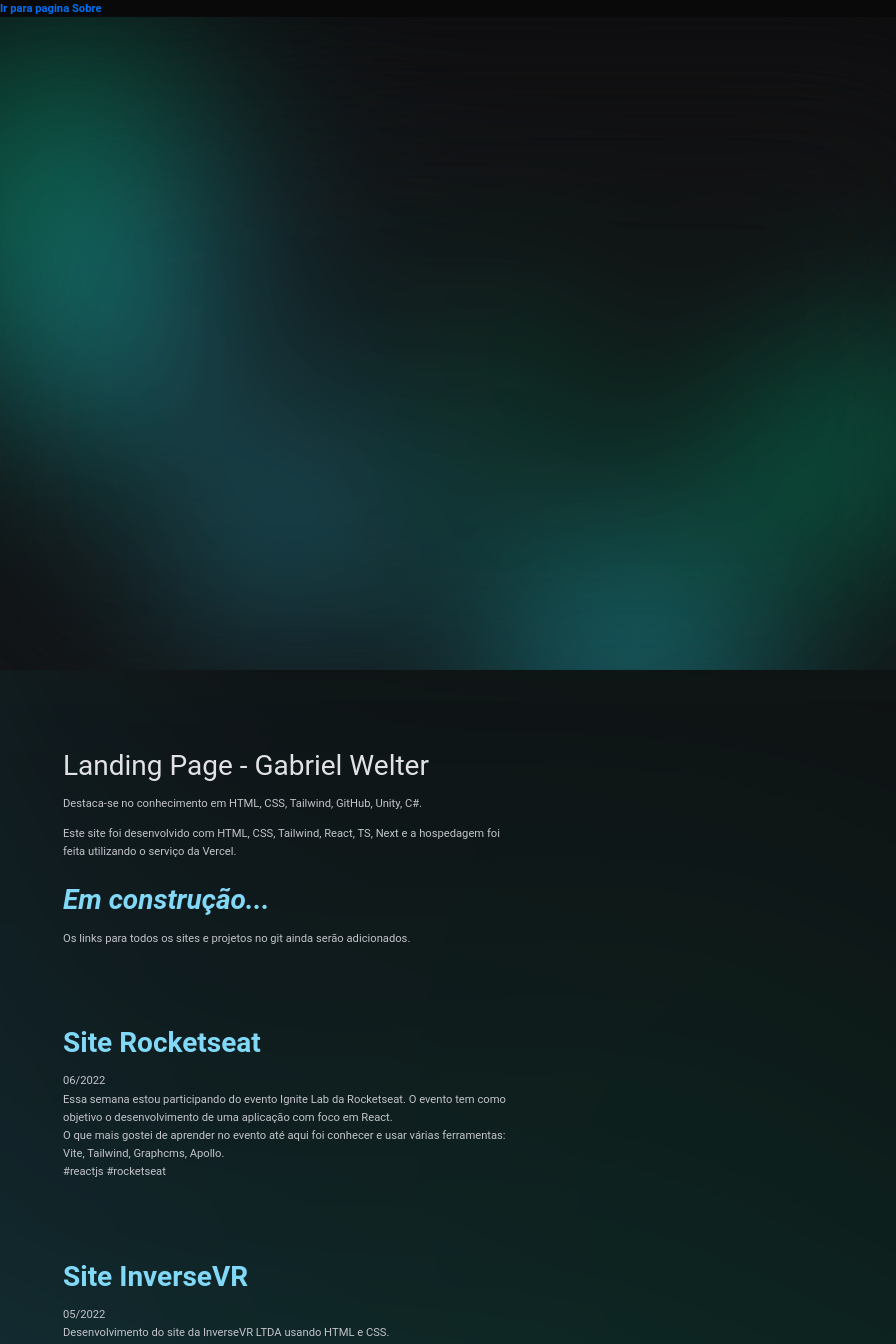
Repository: weltergab/test-next
Page: /
An editor plug-in stored every save of this project. The page is shown before and after the next save, followed by the edit.
The browser window is 1280 px wide. The pictures show the part of the page from y = 0 to 1920 px (the page is 3153 px tall before and 2220 px after), at 70% of full size.
The project was rebuilt for these pictures with package versions that can differ from the ones it lists, and the page was loaded fresh each time. The framework's server and built-in components were replaced by stand-ins that run in the browser. Also part of the build but not shown: next.config.js.

Above is the page before, as saved 2023-04-06 20:02:56.

### src/pages/index.tsx
import Head from 'next/head'
import Image from 'next/image'
import { Inter } from 'next/font/google'

import Link from 'next/link'

import { useEffect, useState } from 'react'
import reactLogo from './assets/react.svg'

import curriculo from './assets/curriculo.jpg';
import omnistack from '../../public/assets/blur-background.png';
// import estudosReact_1 from '../../public/assets/blur-background.png';
// import estudosReact_2 from '../../public/assets/estudosReact_2.jpg';
// import estudosReact_3 from '../../public/assets/estudosReact_3.jpg';
import mockup from '../../public/assets/code-mockup.png';

import ImageComponent from '../components/ImageComponent';


const inter = Inter({ subsets: ['latin'] })

export default function Home() {

  const [count, setCount] = useState(0)

  const [showImage, setShowImage] = useState(false);

  const handleShowImage = () => {
    setShowImage(true);
  };

  const handleCloseImage = () => {
    setShowImage(false);
  };

  return (
    <>
      <Head>
        <title>Create Next App</title>
        <meta name="description" content="Generated by create next app" />
        <meta name="viewport" content="width=device-width, initial-scale=1" />
        <link rel="icon" href="/favicon.ico" />
      </Head>
      <main>
        <div className=''>
          <Link href="/sobre">Ir para pagina Sobre</Link>
        </div>
      </main>

      <div>
        <div className="min-h-screen bg-blur bg-cover bg-no-repeat flex flex-col items-center bg-center bg-blur">


          <img src='/assets/blur-background.png' alt="" className='className="min-h-screen bg-blur bg-cover bg-no-repeat flex flex-col items-center bg-center' />
          {/* Titulos */}
          <div className="max-w-[1100px] w-full flex items-center justify-between mt-20 mx-auto">
            <div className='header'>
              <div className="max-w-[640px]">

                <h1 className="mt-8 text-[2.5rem] leading-tight">
                  Landing Page - Gabriel Welter
                </h1>
                <p className="mt-4 text-gray-200 leading-relaxed">
                  Destaca-se no conhecimento em HTML, CSS, Tailwind, GitHub, Unity, C#.
                </p>
                <p className="mt-4 text-gray-200 leading-relaxed">
                  Este site foi desenvolvido com HTML, CSS, Tailwind, React, TS, Next e a hospedagem foi feita utilizando o serviço da Vercel.
                </p>
                <h1 className="mt-8 text-[2.5rem] leading-tight italic">
                  <strong className="text-blue-500">Em construção...</strong>
                </h1>
                <p className="mt-4 text-gray-200 leading-relaxed">
                  Os links para todos os sites e projetos no git ainda serão adicionados.
                </p>
              </div>
            </div>
          </div>


          {/* Publicacoes */}
          <div className="publication max-w-[1100px] w-full flex flex-col justify-between mt-20 mx-auto"> {/* items-center  */}
            <div className="max-w-[640px] postagem">
              <h1 className="mt-8 text-[2.5rem] leading-tight">
                <strong className="text-blue-500">Site Rocketseat</strong>
              </h1>
              <p className="mt-4 text-gray-200 leading-relaxed">
                06/2022 <br />
                Essa semana estou participando do evento Ignite Lab da Rocketseat.
                O evento tem como objetivo o desenvolvimento de uma aplicação com foco em React. <br />
                O que mais gostei de aprender no evento até aqui foi conhecer e usar várias ferramentas: Vite, Tailwind, Graphcms, Apollo. <br />
                #reactjs #rocketseat
              </p>
            </div>
          </div>

          <div className="publication max-w-[1100px] w-full flex flex-col justify-between mt-20 mx-auto">
            <div className="max-w-[640px] postagem">
              <h1 className="mt-8 text-[2.5rem] leading-tight">
                <strong className="text-blue-500">Site InverseVR</strong>
              </h1>
              <p className="mt-4 text-gray-200 leading-relaxed">
                05/2022 <br />
                Desenvolvimento do site da InverseVR LTDA usando HTML e CSS. <br />
                <a href="https://inversevr.com.br/" target="_blank">💻 https://inversevr.com.br/</a><br />
                #html #css #bootstrap #frontend
              </p>
            </div>
          </div>

          <div className="publication max-w-[1100px] w-full flex flex-col justify-between mt-20 mx-auto">
            <div className="max-w-[640px] postagem">
              <h1 className="mt-8 text-[2.5rem] leading-tight">
                <strong className="text-blue-500">Estudos em React Danki Code e Rocketseat</strong>
              </h1>
              <p className="mt-4 text-gray-200 leading-relaxed">
                04/2022 <br />
                Iniciando os estudos em React por meio dos conteúdos da Danki Code e Rocketseat.
                React é uma biblioteca JavaScript para construção de interfaces de usuário. <br />
                #javascript #react #frontend
              </p>
              <div className='flex justify-between mt-5'>
                <ImageComponent imageSrc="/assets/estudosReact_1.png" />
                <ImageComponent imageSrc="/assets/estudosReact_2.jpg" />
                <ImageComponent imageSrc="/assets/estudosReact_3.jpg" />
              </div>

            </div>
          </div>

          <div className="publication max-w-[1100px] w-full flex flex-col justify-between mt-20 mx-auto">
            <div className="max-w-[640px] postagem">
              <h1 className="mt-8 text-[2.5rem] leading-tight">
                <strong className="text-blue-500">Carteira de Investimentos</strong>
              </h1>
              <p className="mt-4 text-gray-200 leading-relaxed">
                Site para organizar investimentos realizado como trabalho final da disciplina de Programação Web da UFSM.
                Foi desenvolvido com HTML, CSS, Taiwindcss, PHP.
                Bernardo Gatto foi responsável pelo Backend em PHP.
              </p>
            </div>
          </div>
          <div className="publication max-w-[1100px] w-full flex flex-col justify-between mt-20 mx-auto">
            <div className="max-w-[640px] postagem">
              <h1 className="mt-8 text-[2.5rem] leading-tight">
                <strong className="text-blue-500">OmniStack 11 - Rocketseat</strong>
              </h1>
              <p className="mt-4 text-gray-200 leading-relaxed">
                03/2020 <br />
                Participei da semana de desenvolvimento prático da Rocketseat e tive uma introdução a Node.js, ReactJS e React Native. <br />
                {/* <a href={omnistack} target="_blank">Certificado OmniStack 11</a> */}
              </p>
            </div>
          </div>

          <div className='footer'>
            {/* <img src={mockup} className="mt-10 headline" alt="" /> */}
          </div>
        </div>
      </div>
    </>
  )
}

### src/styles/globals.css
@tailwind base;
@tailwind components;
@tailwind utilities;

body {
    @apply bg-gray-900 text-gray-100;
    -webkit-font-smoothing: antialiased;
  }

  a {
    color: #0070f3;
    text-decoration: none;
    font-weight: bold;
  }

  a:hover {
    font-style: italic;
  }

  /* Esconder a imagem grande */
  .imagem-grande {
    display: none;
  }

  /* Estilizar o link */
  .link-imagem:hover {
    cursor: zoom-in;
  }

  /* Mudar a aparência do link quando o usuário passar o mouse sobre a imagem pequena */
  .imagem-pequena:hover {
    opacity: 0.7;
  }

### src/components/ImageComponent/index.tsx
import React, { useState } from 'react';

type Props = {
  imageSrc: string;
};

const ImageComponent: React.FC<Props> = ({ imageSrc }) => {
  const [isImageClicked, setIsImageClicked] = useState(false);
  const [isExpanded, setIsExpanded] = useState(false);

  const handleImageClick = () => {
    setIsImageClicked(!isImageClicked);
    setIsExpanded(true);
  };

  const handleExpandedImageClick = () => {
    setIsExpanded(false);
  };

  return (
    <div className="relative max-w-full max-h-full mx-auto">
      <div className="relative max-w-full max-h-full mx-auto">
        <img
          src={imageSrc}
          alt="imagem"
          onClick={handleImageClick}
          className="max-w-80 max-h-80"
        />
      </div>
      {isExpanded && (
        <div
          className="fixed top-0 left-0 w-full h-full z-50 flex items-center justify-center"
          onClick={handleExpandedImageClick}
        >
          <img
            src={imageSrc}
            alt="imagem ampliada"
            className="max-w-4xl max-h-4xl object-contain"
          />
        </div>
      )}
    </div>
  );
};

export default ImageComponent;

### tailwind.config.js
/** @type {import('tailwindcss').Config} */
module.exports = {
  content: [
    "./app/**/*.{js,ts,jsx,tsx}",
    "./pages/**/*.{js,ts,jsx,tsx}",
    "./components/**/*.{js,ts,jsx,tsx}",

    // Or if using `src` directory:
    "./src/**/*.{js,ts,jsx,tsx}",
  ],
  theme: {
    extend: {
      backgroundImage: {
        blur: 'url(/assets/blur-background.png)'
      },
      fontFamily: {
        sans: 'Roboto, sans-serif',
      },
      colors: {
        black: {
          100: '#11172B',
        },
        green: {
          300: '#00B37E',
          500: '#00875F',
          700: '#015F43',
        },
        blue: {
          500: '#81D8F7',
        },
        orange: {
          500: '#FBA94C',
        },
        red: {
          500: '#F75A68',
        },
        gray: {
          100: '#E1E1E6',
          200: '#C4C4CC',
          300: '#8D8D99',
          500: '#323238',
          600: '#29292E',
          700: '#121214',
          900: '#09090A'
        }
      },
    },
  },
  plugins: [],
}

Loaded but not shown: src/pages/_app.js (common file); src/pages/_document.js (common file)

After the next save:
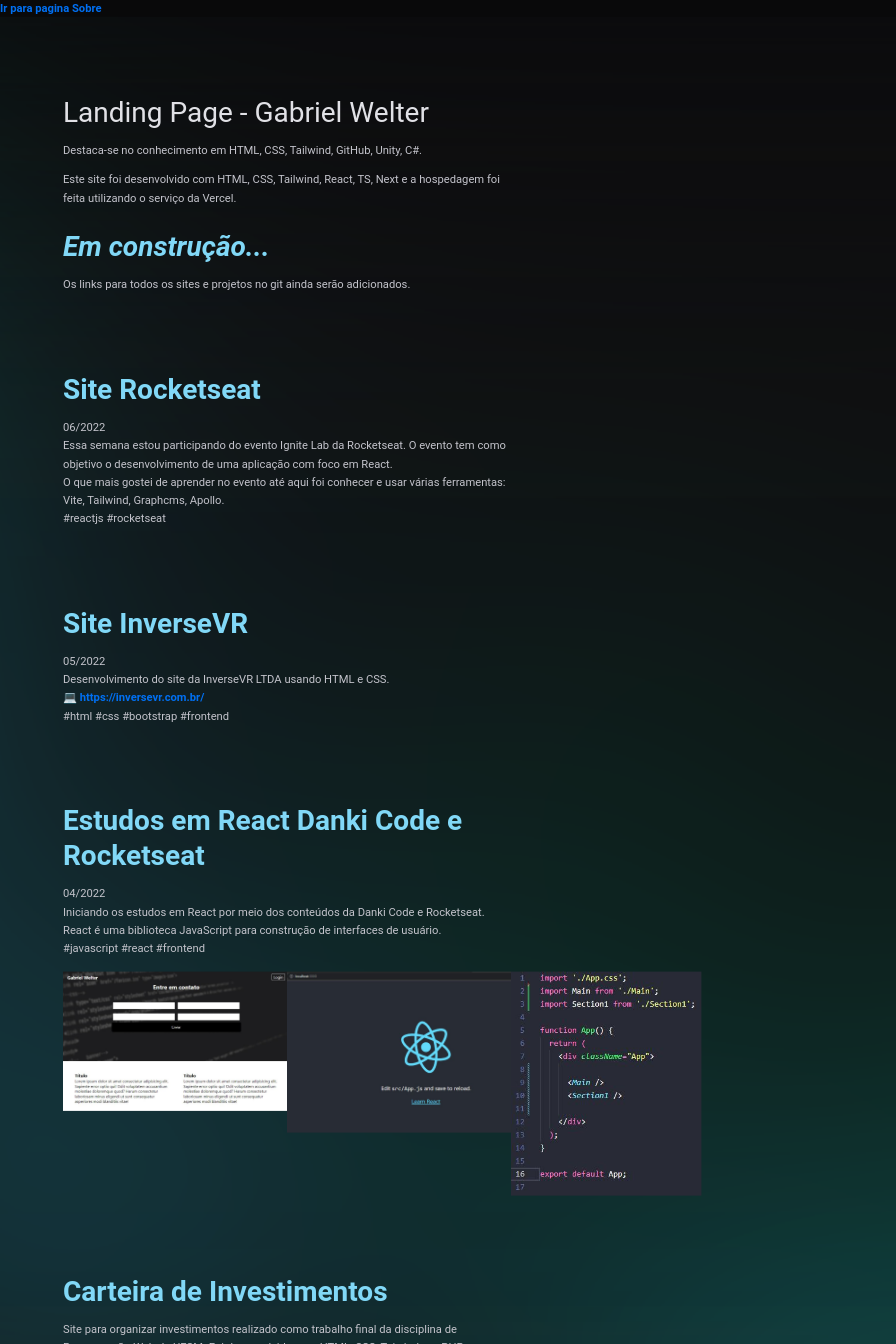
Saved 15 s later.
--- a/src/pages/index.tsx
+++ b/src/pages/index.tsx
@@ -51,7 +51,7 @@
         <div className="min-h-screen bg-blur bg-cover bg-no-repeat flex flex-col items-center bg-center bg-blur">
 
 
-          <img src='/assets/blur-background.png' alt="" className='className="min-h-screen bg-blur bg-cover bg-no-repeat flex flex-col items-center bg-center' />
+          {/* <img src='/assets/blur-background.png' alt="" className='className="min-h-screen bg-blur bg-cover bg-no-repeat flex flex-col items-center bg-center' /> */}
           {/* Titulos */}
           <div className="max-w-[1100px] w-full flex items-center justify-between mt-20 mx-auto">
             <div className='header'>
